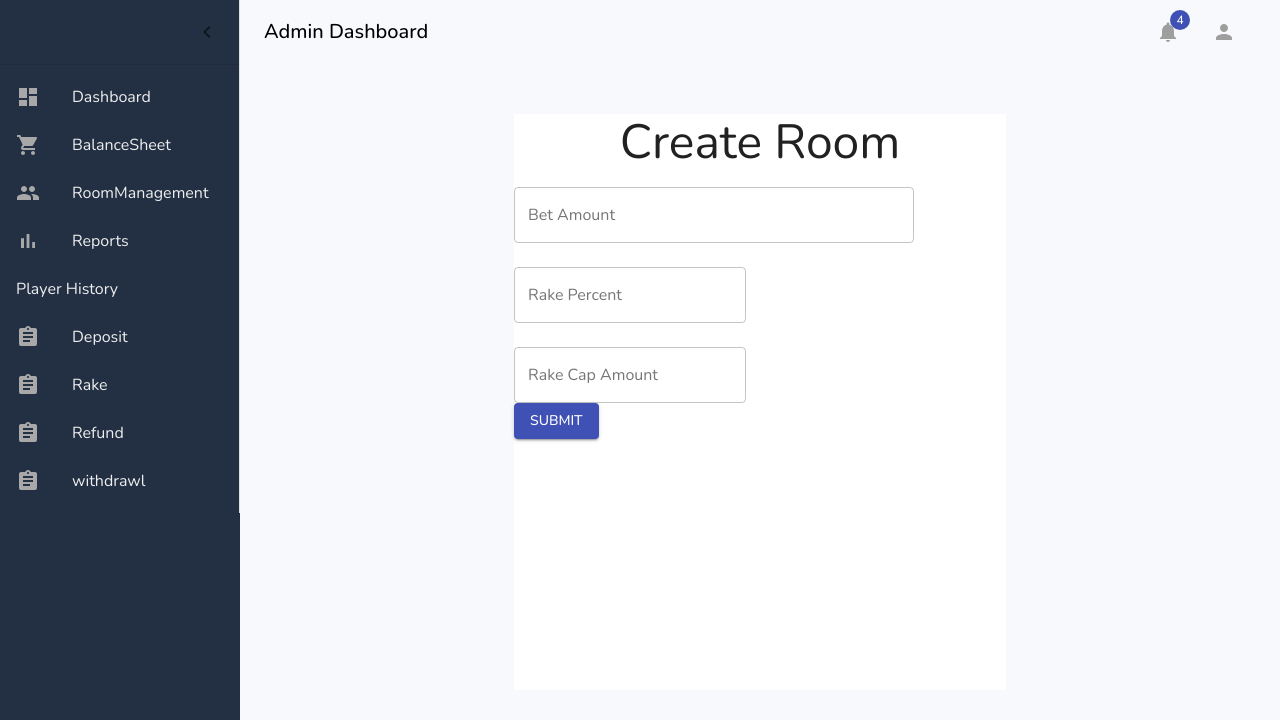
Repository: imayankbisht/ludofrontend
Page: /create
These files come from the project's save history. The page is drawn as it stood at one moment and after a run of saves; the edit follows.
The browser window is 1280 px wide. The pictures show the whole page.
The project was rebuilt for these pictures with package versions that can differ from the ones it lists, and the page was loaded fresh each time. Also part of the build but not shown: src/Components/Title.js, src/Components/Cards/Deposits.js, src/Components/Cards/Cashout.js, src/Components/Cards/Netbalance.js, src/Components/Cards/Rake.js, src/Components/Cards/Refund.js, src/Components/UserControl.js, src/Components/UserTable.js and 5 more.

Above is the page before, as saved 2021-01-20 13:08:19.

### src/App.js
import React from 'react';
import './App.css';
import {
  BrowserRouter as Router,
  Switch,
  Route,
 Redirect
} from "react-router-dom";
// import SignInOutContainer from './containers';
import Dashboard from './Components/Dashboard';
import Login from './Components/login';
// import RoomManagement from './Container/RoomManagement';
import UserManagement from './Components/UserManagement';
import UserForm from './Components/UserForm';
import EditForm from './Components/EditForm';
import BalanceSheet from './Components/balanceSheet';
import Routes from './routes';
import Main from './Container/Main';
 function App(props) {
  return (
    <div className="App">
  <Router >

   <Main/>
  </Router>


      </div>
  );
}


export default App;

### src/App.css
.App {
  /* text-align: center; */

}

.App-logo {
  height: 40vmin;
  pointer-events: none;
}

@media (prefers-reduced-motion: no-preference) {
  .App-logo {
    animation: App-logo-spin infinite 20s linear;
  }
}

.App-header {
  background-color: #282c34;
  min-height: 100vh;
  display: flex;
  flex-direction: column;
  align-items: center;
  justify-content: center;
  font-size: calc(10px + 2vmin);
  color: white;
}

.App-link {
  color: #61dafb;
}

@keyframes App-logo-spin {
  from {
    transform: rotate(0deg);
  }
  to {
    transform: rotate(360deg);
  }
}

### src/Components/Dashboard.js
import React from 'react';
import clsx from 'clsx';
import { makeStyles } from '@material-ui/core/styles';
import CssBaseline from '@material-ui/core/CssBaseline';
import Drawer from '@material-ui/core/Drawer';
import Box from '@material-ui/core/Box';
import AppBar from '@material-ui/core/AppBar';
import Toolbar from '@material-ui/core/Toolbar';
import List from '@material-ui/core/List';
import Typography from '@material-ui/core/Typography';
import Divider from '@material-ui/core/Divider';
import IconButton from '@material-ui/core/IconButton';
import Badge from '@material-ui/core/Badge';
import Container from '@material-ui/core/Container';
import Grid from '@material-ui/core/Grid';
import Paper from '@material-ui/core/Paper';
// import Link from '@material-ui/core/Link';
import MenuIcon from '@material-ui/icons/Menu';
import ChevronLeftIcon from '@material-ui/icons/ChevronLeft';
import NotificationsIcon from '@material-ui/icons/Notifications';
import Deposits from './Cards/Deposits';
import MenuItem from "@material-ui/core/MenuItem";
import MenuList from "@material-ui/core/MenuList";
import Hidden from "@material-ui/core/Hidden";
import Grow from "@material-ui/core/Grow";
import Poppers from "@material-ui/core/Popper";
import ClickAwayListener from "@material-ui/core/ClickAwayListener";
import Person from "@material-ui/icons/Person";
import classNames from "classnames";
import Button from "@material-ui/core/Button";
import {Link, Redirect} from 'react-router-dom';
import "typeface-nunito";
import  Cashout from './Cards/Cashout';
import Netbalance from './Cards/Netbalance';
import Rake from './Cards/Rake';
import Refund from './Cards/Refund';
import UserManagement from './UserManagement';
import routes from '../routes'
import { Switch, Route} from "react-router-dom";
import ListItem from '@material-ui/core/ListItem';
import ListItemIcon from '@material-ui/core/ListItemIcon';
import BalanceSheet from './balanceSheet';
import Sidebar from './Sidebar';
import Routes from '../routes';
import { ThemeProvider, createMuiTheme } from '@material-ui/core/styles';
const theme = createMuiTheme({

  typography: {
      fontFamily: [
        'Nunito',
        'serif',
      ].join(','),
  },
});

const drawerWidth = 240;

const useStyles = makeStyles((theme) => ({
  root: {
    display: 'flex',
  },
  toolbar: {
    paddingRight: 24, // keep right padding when drawer closed
  },
  toolbarIcon: {
    display: 'flex',
    alignItems: 'center',
    justifyContent: 'flex-end',
    padding: '0 8px',
    ...theme.mixins.toolbar,
  },
  appBar: {
    zIndex: theme.zIndex.drawer + 1,
    transition: theme.transitions.create(['width', 'margin'], {
      easing: theme.transitions.easing.sharp,
      duration: theme.transitions.duration.leavingScreen,
    }),
  },
  appBarShift: {
    marginLeft: drawerWidth,
    width: `calc(100% - ${drawerWidth}px)`,
    transition: theme.transitions.create(['width', 'margin'], {
      easing: theme.transitions.easing.sharp,
      duration: theme.transitions.duration.enteringScreen,
    }),
  },
  menuButton: {
    marginRight: 36,
  },
  menuButtonHidden: {
    display: 'none',
  },
  title: {
    flexGrow: 1,
  },
  drawerPaper: {
    position: 'relative',
    whiteSpace: 'nowrap',
    width: drawerWidth,
    transition: theme.transitions.create('width', {
      easing: theme.transitions.easing.sharp,
      duration: theme.transitions.duration.enteringScreen,
    }),
  },
  drawerPaperClose: {
    overflowX: 'hidden',
    transition: theme.transitions.create('width', {
      easing: theme.transitions.easing.sharp,
      duration: theme.transitions.duration.leavingScreen,
    }),
    width: theme.spacing(7),
    [theme.breakpoints.up('sm')]: {
      width: theme.spacing(9),
    },
  },
  appBarSpacer: theme.mixins.toolbar,
  content: {
    flexGrow: 1,
    height: '100vh',
    overflow: 'auto',
  },
  container: {
    paddingTop: theme.spacing(4),
    paddingBottom: theme.spacing(4),
  },
  paper: {
    padding: theme.spacing(2),
    display: 'flex',
    overflow: 'auto',
    flexDirection: 'column',
  },
  fixedHeight: {
    height: 240,
  },
}));

 function Dashboard(props) {
  const classes = useStyles();
  const [open, setOpen] = React.useState(true);
  const [openProfile, setOpenProfile] = React.useState(null);
  const handleClickProfile = event => {
    if (openProfile && openProfile.contains(event.target)) {
      setOpenProfile(null);
    } else {
      setOpenProfile(event.currentTarget);
    }
  };
  const handleCloseProfile = () => {
    setOpenProfile(null);
  };
  const handleDrawerOpen = () => {
    setOpen(true);
  };
  const handleDrawerClose = () => {
    setOpen(false);
  };
  const fixedHeightPaper = clsx(classes.paper, classes.fixedHeight);

  return (
    <ThemeProvider theme={theme}>
    <div className={classes.root}>
      <CssBaseline />
      <AppBar position="absolute" style={{ background: '#f7f9fc',color:'black',boxShadow: "none" }} className={clsx(classes.appBar, open && classes.appBarShift)}>
        <Toolbar className={classes.toolbar}>
          <IconButton
            edge="start"
            color="inherit"
            aria-label="open drawer"
            onClick={handleDrawerOpen}
            className={clsx(classes.menuButton, open && classes.menuButtonHidden)}
          >
            <MenuIcon />
          </IconButton>

          <Typography component="h1" variant="h6"  color="inherit" noWrap className={classes.title}>
          Admin Dashboard
          </Typography>

          <IconButton style={{ color: '#9e9e9e'}} color="inherit">
            <Badge badgeContent={4}  color="primary">
              <NotificationsIcon  />
            </Badge>
          </IconButton>
          <Button
          color={window.innerWidth > 959 ? "transparent" : "white"}
          justIcon={window.innerWidth > 959}
          simple={!(window.innerWidth > 959)}
          aria-owns={openProfile ? "profile-menu-list-grow" : null}
          aria-haspopup="true"
          onClick={handleClickProfile}
          className={classes.buttonLink}
        >
          <Person style={{ color: '#9e9e9e'}} className={classes.icons} />
          <Hidden mdUp implementation="css">
            <p className={classes.linkText}>Profile</p>
          </Hidden>
        </Button>
        <Poppers
          open={Boolean(openProfile)}
          anchorEl={openProfile}
          transition
          disablePortal
          className={
            classNames({ [classes.popperClose]: !openProfile }) +
            " " +
            classes.popperNav
          }
        >
          {({ TransitionProps, placement }) => (
            <Grow
              {...TransitionProps}
              id="profile-menu-list-grow"
              style={{
                transformOrigin:
                  placement === "bottom" ? "center top" : "center bottom"
              }}
            >
              <Paper>
                <ClickAwayListener onClickAway={handleCloseProfile}>
                  <MenuList role="menu">
                    <MenuItem
                      onClick={handleCloseProfile}
                      className={classes.dropdownItem}
                    >
                      Profile
                    </MenuItem>
                    <MenuItem
                      onClick={handleCloseProfile}
                      className={classes.dropdownItem}
                    >
                      Settings
                    </MenuItem>
                    <Divider light />
                    <Link style={{color:'black', textDecoration:'none'}} to="login">
                    <MenuItem
                      onClick={handleCloseProfile}
                      className={classes.dropdownItem}
                    >
                      Logout
                    </MenuItem>
                    </Link>
                  </MenuList>
                </ClickAwayListener>
              </Paper>
            </Grow>
          )}
        </Poppers>
        </Toolbar>
      </AppBar>
     <Box bgcolor="#233044">
     <Drawer
        variant="permanent"
        classes={{
          paper: clsx(classes.drawerPaper, !open && classes.drawerPaperClose),
        }}
        open={open}
      >
        <Box bgcolor="#233044">
        <div className={classes.toolbarIcon}>
          <IconButton onClick={handleDrawerClose}>
            <ChevronLeftIcon />
          </IconButton>
        </div>
        <Divider />
        <List><Sidebar /></List>
        </Box>
      </Drawer>
     </Box>
      <main style={{ background: '#f7f9fc'}} className={classes.content}>
        <div className={classes.appBarSpacer} />
        <Container maxWidth="lg" className={classes.container}>
          <Grid container spacing={3}>


              <Routes/>

          </Grid>


        </Container>
      </main>
    </div>
    </ThemeProvider>
  );
}
export default Dashboard;

### src/Components/UserForm.js
import React ,{useState , useEffect} from 'react';
import {apiCall} from '../services/apiCall';
import {Container, Typography ,Grid ,TextField , makeStyles ,Button} from '@material-ui/core';
import "typeface-nunito";
import { ThemeProvider, createMuiTheme } from '@material-ui/core/styles';
const theme = createMuiTheme({

  typography: {
      fontFamily: [
        'Nunito',
        'serif',
      ].join(','),
  },

});

const useStyles = makeStyles((theme)=>({
  paper: {
    marginTop: theme.spacing(8),
    display: 'flex',
    flexDirection: 'column',
    alignItems: 'center',
  },
  avatar: {
    margin: theme.spacing(1),
    backgroundColor: theme.palette.secondary.main,
  },
  form: {
    width: '100%', // Fix IE 11 issue.
    marginTop: theme.spacing(1),
  },
  submit: {
    margin: theme.spacing(3, 0, 2),
  },
  body: {
    backgroundColor: "#F7F9FC"
  },


}))


export default function UserForm(props){
    const {heading} = props;
    const [betAmount , setBetamount]=useState("");
    const [rakePercent , setRakepercent]=useState("");
    const [rakeCapAmount , setRakeCapAmount]=useState("");
    const classes = useStyles();

    const handleSubmit = (e) =>{
       e.preventDefault();
       const data ={
         bet:betAmount,
         rakePercent:rakePercent,
         rakeCap:rakeCapAmount
       }
       apiCall('post','https://ylrwt.sse.codesandbox.io/room/createroom',data);
       setRakeCapAmount("");
       setBetamount("");
       setRakepercent("");
    }
    return(
      <ThemeProvider theme={theme}>
            <Container  maxWidth="sm" className={classes.root}>
            <Typography component="div" style={{ backgroundColor: '#FFFFFF', height: '80vh' ,margin:'30px' }}>
            <Typography align="center" variant="h3" component="h2" gutterBottom>
                {heading}
            </Typography>
            <form onSubmit={handleSubmit} className={classes.form} >
                <Grid container spacing={3}>
                   <Grid item sm={4} md={12}>
                     <TextField

                        label="Bet Amount"
                        name="betAmount"
                        variant="outlined"
                        style={{width:'400px'}}
                        value={betAmount}
                        onChange={(e)=>{setBetamount(e.target.value)}}
                      />
                        </Grid>
                        <Grid item sm={4} md={12}>
                      <TextField
                        label="Rake Percent"
                        name="rakePercent"
                        variant="outlined"
                        value={rakePercent}
                        onChange={(e)=>{setRakepercent(e.target.value)}}
                      />
                        </Grid>
                        <Grid item sm={4} md={12}>
                      <TextField
                        label="Rake Cap Amount"
                        name="rakeCapAmount"
                        variant="outlined"
                        value={rakeCapAmount}
                        onChange={(e)=>{setRakeCapAmount(e.target.value)}}
                      />
                   </Grid>
                </Grid>
                <Button type="submit" variant="contained" color="primary">
                   Submit
                </Button>
            </form>
            </Typography>
            </Container>
            </ThemeProvider>
    )
}

### src/routes.js
import React from 'react';
import {
  BrowserRouter as Router,
  Switch,
  Route,
  Redirect
} from "react-router-dom";
// import SignInOutContainer from './containers';
import Dashboard from './Components/Dashboard';
import Login from './Components/login';
// import RoomManagement from './Container/RoomManagement';
import UserManagement from './Components/UserManagement';
import UserForm from './Components/UserForm';
import EditForm from './Components/EditForm';
import BalanceSheet from './Components/balanceSheet';
import Main from './Container/Main';
function Routes() {
  return (

    <Router >


      <Route>
      {/* <Route path="/login" render={props => <Login {...props} />} /> */}

        <Route path="/BalanceSheet" render={props => <BalanceSheet {...props} />} />

        <Route path="/roomManagement" render={props => <UserManagement {...props} />} />
        <Route path="/create" render={props => (
          <UserForm heading="Create Room" {...props} />
        )} />
        <Route exact path="/api/edit/:id" render={props => {
          return (
            <EditForm {...props} />
          )
        }} />


      </Route>


    </Router>

  );
}


export default Routes;

### src/Container/Main.js
import UserManagement from '../Components/UserManagement';
import {Switch ,Route,Redirect} from 'react-router-dom';
import UserForm from '../Components/UserForm';
import EditForm from '../Components/EditForm';
import React from 'react';
import Dashboard from '../Components/Dashboard';
import Sidebar from '../Components/Sidebar';
import Login from '../Components/login';
import Routes from '../routes';
export default function Main(props){
    return(
        <div>
            {/* <Switch>
                <Route exact path="/userman" render={props =><UserManagement {...props} />} />
                <Route exact path="/create" render={props =>(
                    <UserForm heading="Create Room" />
                )}/>
                <Route exact path="/api/edit/:id" render={props =>{
                    return(
                        <EditForm {...props}/>
                    )
                }}/>
            </Switch> */}
           {/* <Switch>

            <Route path="/login" component={Login} />
         <Route path="/Dashboard" component={Dashboard} />

            <Redirect from="/" to="/login" />
           </Switch> */}

          <Dashboard/>

        </div>
    )
}

### src/Components/Sidebar.js
import React,{useState} from 'react';
import ListItem from '@material-ui/core/ListItem';
import {SidebarItems} from './SidebarItems';
import {Link} from 'react-router-dom';
import { ListItemText } from '@material-ui/core';
import ListItemIcon from '@material-ui/core/ListItemIcon';

export default function Sidebar(defaultActive) {
    const [activeIndex, setActiveIndex] = useState(defaultActive || 1);
    return (
        <>

                {

                    SidebarItems.map((item,index)=> {
                        const {name,icon,route}=item;

                        return (
                            <Link style={{ textDecoration: 'none'}} to={route}>
                            <ListItem style={{ color: '#eeeeee'}} key={name} active={index === activeIndex} >
                                {icon && <ListItemIcon style={{ color: '#a8a8a8'}}>{icon}</ListItemIcon>}
                               <ListItemText primary={name} />
                            </ListItem>
                            </Link>
                        );
                    })
                }

        </>
    );
}

### src/services/apiCall.js
import axios from 'axios';

export function apiCall(method ,path , data){
    return new Promise((resolve ,reject)=>{
        return axios[method](path , data)
        .then(res => {
            return resolve(res.data);
        })
        .catch(err =>{
            return reject(err.response.data.error);
        });
    });
}

### src/Components/SidebarItems.js
import React from 'react';
import ListItem from '@material-ui/core/ListItem';
import ListItemIcon from '@material-ui/core/ListItemIcon';
import ListItemText from '@material-ui/core/ListItemText';
import ListSubheader from '@material-ui/core/ListSubheader';
import DashboardIcon from '@material-ui/icons/Dashboard';
import ShoppingCartIcon from '@material-ui/icons/ShoppingCart';
import PeopleIcon from '@material-ui/icons/People';
import BarChartIcon from '@material-ui/icons/BarChart';
import LayersIcon from '@material-ui/icons/Layers';
import AssignmentIcon from '@material-ui/icons/Assignment';
import Box from '@material-ui/core/Box';
import Divider from '@material-ui/core/Divider';
import "typeface-nunito";
import { ThemeProvider, createMuiTheme } from '@material-ui/core/styles';
import { Button } from '@material-ui/core';
import { Link } from 'react-router-dom';
const theme = createMuiTheme({

  typography: {
    fontFamily: [
      'Nunito',
      'serif',
    ].join(','),
  },
});
export const SidebarItems = [

  // <ThemeProvider theme={theme}>
  // <div>

  //  <ListItem button>
  //     <ListItemIcon>
  //       <DashboardIcon  style={{ color: '#a8a8a8'}}/>
  //     </ListItemIcon>
  //     <ListItemText style={{ color: '#eeeeee'}}  primary="Dashboard" />
  //   </ListItem>
  //   <ListItem button>
  //     <ListItemIcon>
  //       <ShoppingCartIcon style={{ color: '#a8a8a8'}}/>
  //     </ListItemIcon>
  //     <ListItemText style={{ color: '#eeeeee'}} primary="BalanceSheet" />
  //   </ListItem>
  //   <ListItem button>
  //     <ListItemIcon>
  //       <PeopleIcon style={{ color: '#a8a8a8'}} />
  //     </ListItemIcon>
  //     <Link style={{ textDecoration:'none'}}to="/UserManagement">

  //     <ListItemText style={{ color: '#eeeeee'}} primary="RoomManagement" />
  //     </Link>
  //   </ListItem>
  //   <ListItem button>
  //     <ListItemIcon>
  //       <BarChartIcon style={{ color: '#a8a8a8'}} />
  //     </ListItemIcon>
  //     <ListItemText style={{ color: '#eeeeee'}} primary="Reports" />
  //   </ListItem>
  //   <Divider />
  //   <ListSubheader style={{ color: '#eeeeee'}} inset>Player history</ListSubheader>
  //   <ListItem button>
  //     <ListItemIcon>
  //       <AssignmentIcon style={{ color: '#a8a8a8'}} />
  //     </ListItemIcon>
  //     <ListItemText style={{ color: '#eeeeee'}} primary="Deposit" />
  //   </ListItem>
  //   <ListItem button>
  //     <ListItemIcon>
  //       <AssignmentIcon style={{ color: '#a8a8a8'}} />
  //     </ListItemIcon>
  //     <ListItemText style={{ color: '#eeeeee'}} primary="Rake" />
  //   </ListItem>
  //   <ListItem button>
  //     <ListItemIcon>
  //       <AssignmentIcon style={{ color: '#a8a8a8'}} />
  //     </ListItemIcon>
  //     <ListItemText style={{ color: '#eeeeee'}} primary="Refund" />
  //   </ListItem>
  //   <ListItem button>
  //     <ListItemIcon>
  //       <AssignmentIcon style={{ color: '#a8a8a8'}} />
  //     </ListItemIcon>
  //     <ListItemText style={{ color: '#eeeeee'}} primary="Withdrawl" />
  //   </ListItem>


  // </div>
  // </ThemeProvider>
  {
    route:'/Dashboard',
    name: "Dashboard",
    icon:<DashboardIcon/>
  },
  {
    route:'/BalanceSheet',
    name: "BalanceSheet",
    icon:<ShoppingCartIcon/>
  },
  {
    route:'/roomManagement',
    name: "RoomManagement",
    icon:<PeopleIcon/>
  },
  {

    name: "Reports",
    icon:<BarChartIcon/>
  },
  {
    name: "Player History"
  },
  {
    name: "Deposit",
    icon:<AssignmentIcon/>
  },
  {
    name: "Rake",
    icon:<AssignmentIcon/>
  },
  {
    name: "Refund",
    icon:<AssignmentIcon/>
  },
  {
    name: "withdrawl",
    icon:<AssignmentIcon/>
  },

];

Loaded but not shown: public/index.html (common file); src/index.js (common file); src/index.css (common file); src/serviceWorker.js (common file)

After the next 6 saves:
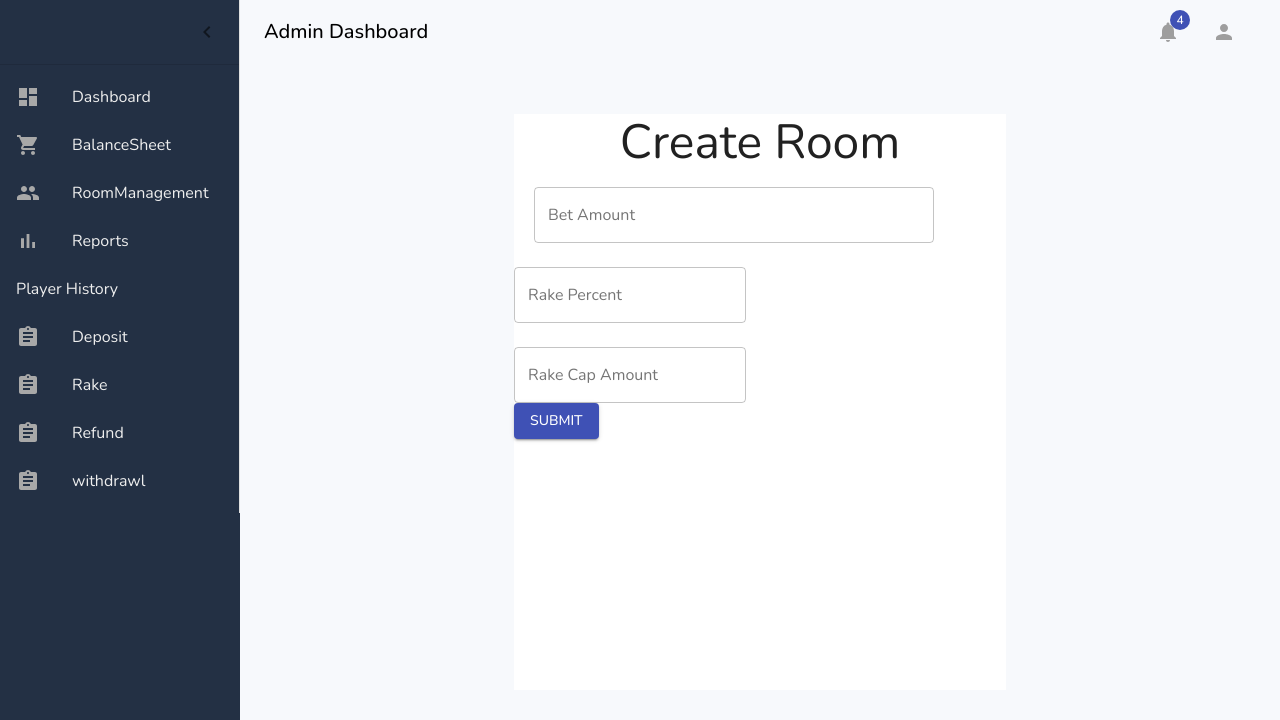
The 6 saves are shown as one change because they came seconds apart.
The last was saved 31 s later.
--- a/src/Components/UserForm.js
+++ b/src/Components/UserForm.js
@@ -74,7 +74,7 @@ export default function UserForm(props){
                         label="Bet Amount"
                         name="betAmount"
                         variant="outlined"
-                        style={{width:'400px'}}
+                        style={{width:'400px',marginLeft:'20px'}}
                         value={betAmount}
                         onChange={(e)=>{setBetamount(e.target.value)}}
                       />
